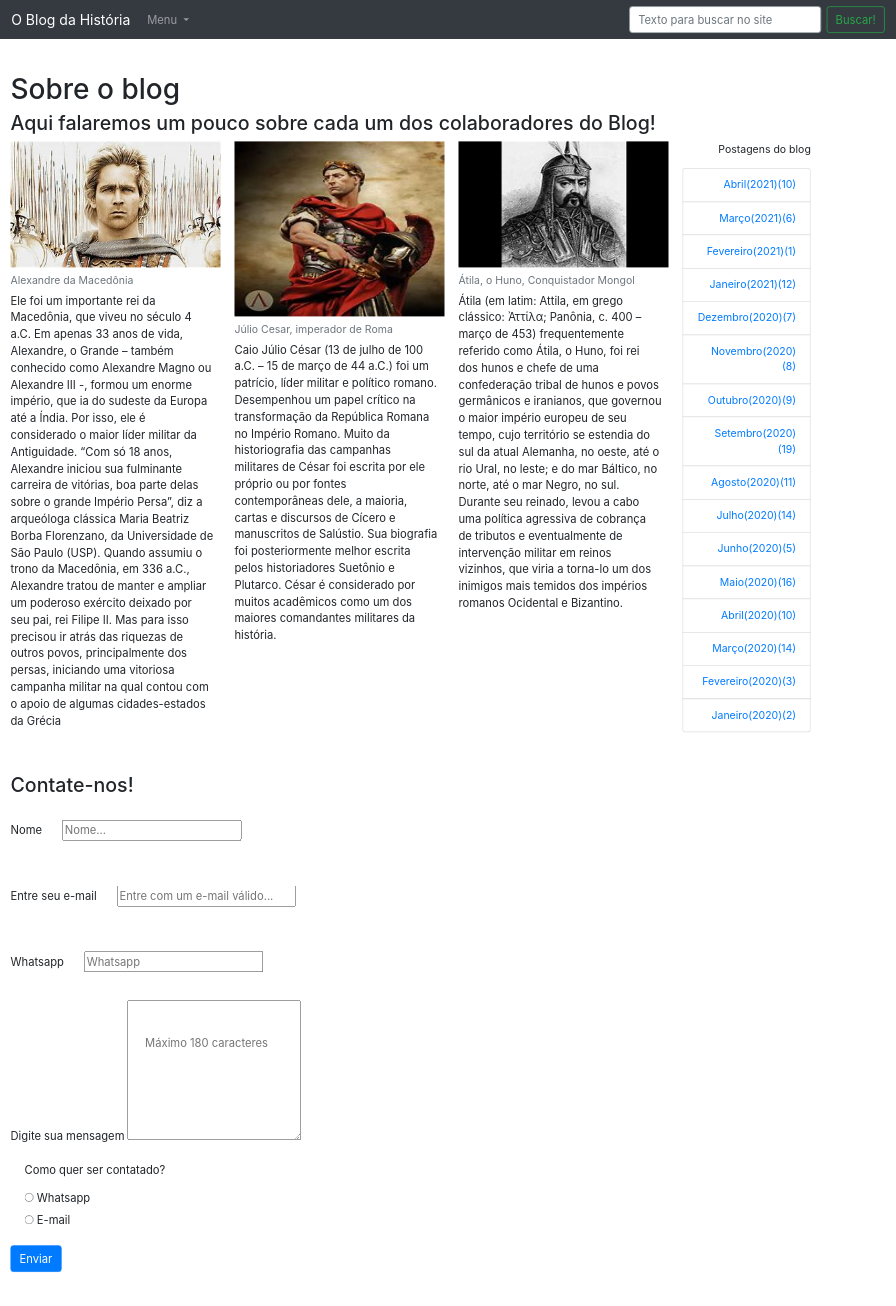
Repository: xhenrique/blog_layout_bootstrap
Page: source/sobre.html
The author's editor kept a copy of each file at every save. The page is drawn from the files as they stood at one save, then again after the next save.
The browser window is 1280 px wide. The pictures show the whole page, at 70% of full size.

Above is the page before, as saved 2021-04-25 03:24:37.

After the next save:
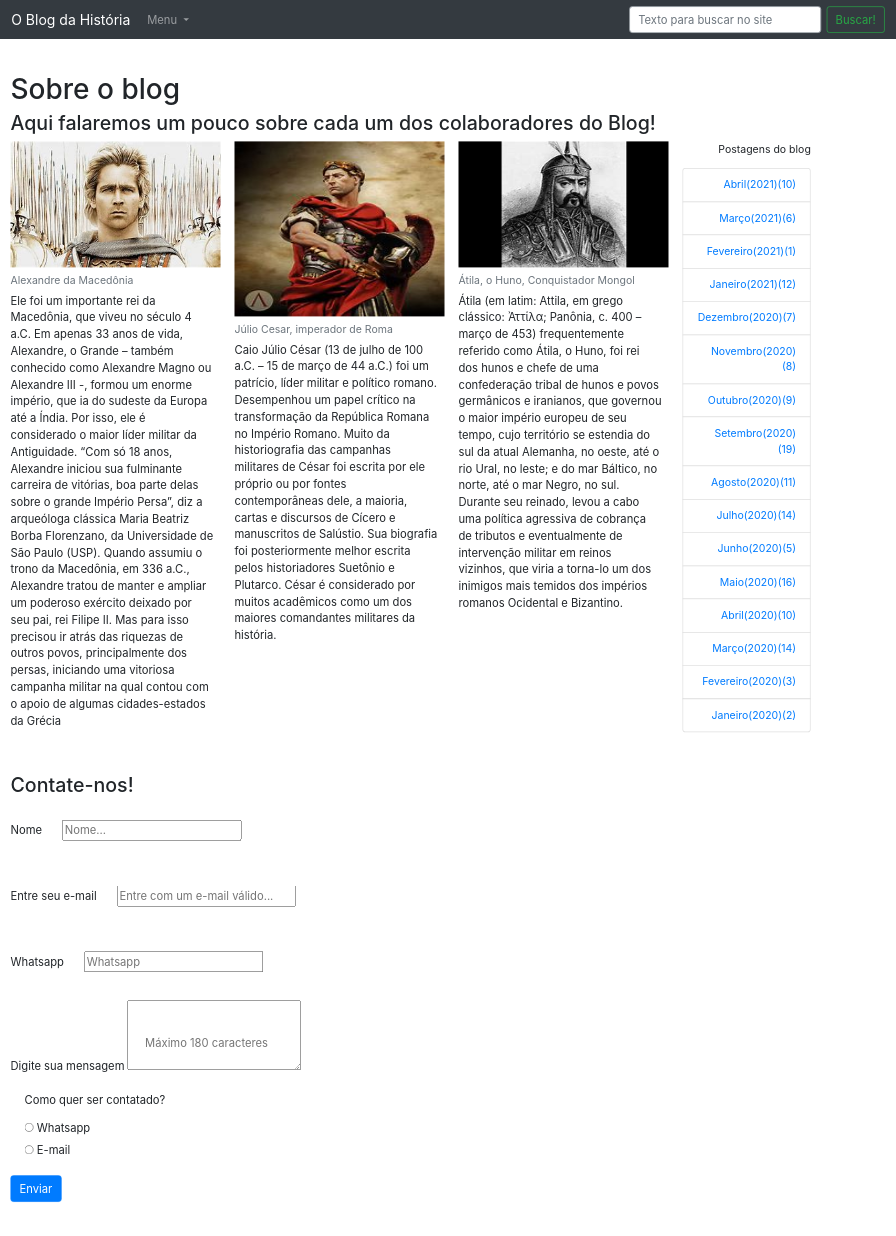
Saved 24 s later.
--- a/source/sobre.html
+++ b/source/sobre.html
@@ -119,7 +119,7 @@
               </div>
               <div class="mb-3">
                 <label for="msgInput" class="form-label">Digite sua mensagem</label>
-                <textarea class="pt-xl-5 pl-xl-4" type="text" placeholder="Máximo 180 caracteres" maxlength="180" class="form-control form-control-lg" id="msgInput" style="height: 200px;"></textarea>
+                <textarea class="pt-xl-5 pl-xl-4" type="text" placeholder="Máximo 180 caracteres" maxlength="180" class="form-control form-control-lg" id="msgInput"></textarea>
               </div>
               <div class="mb-3 form-check">
                   <p>Como quer ser contatado?
